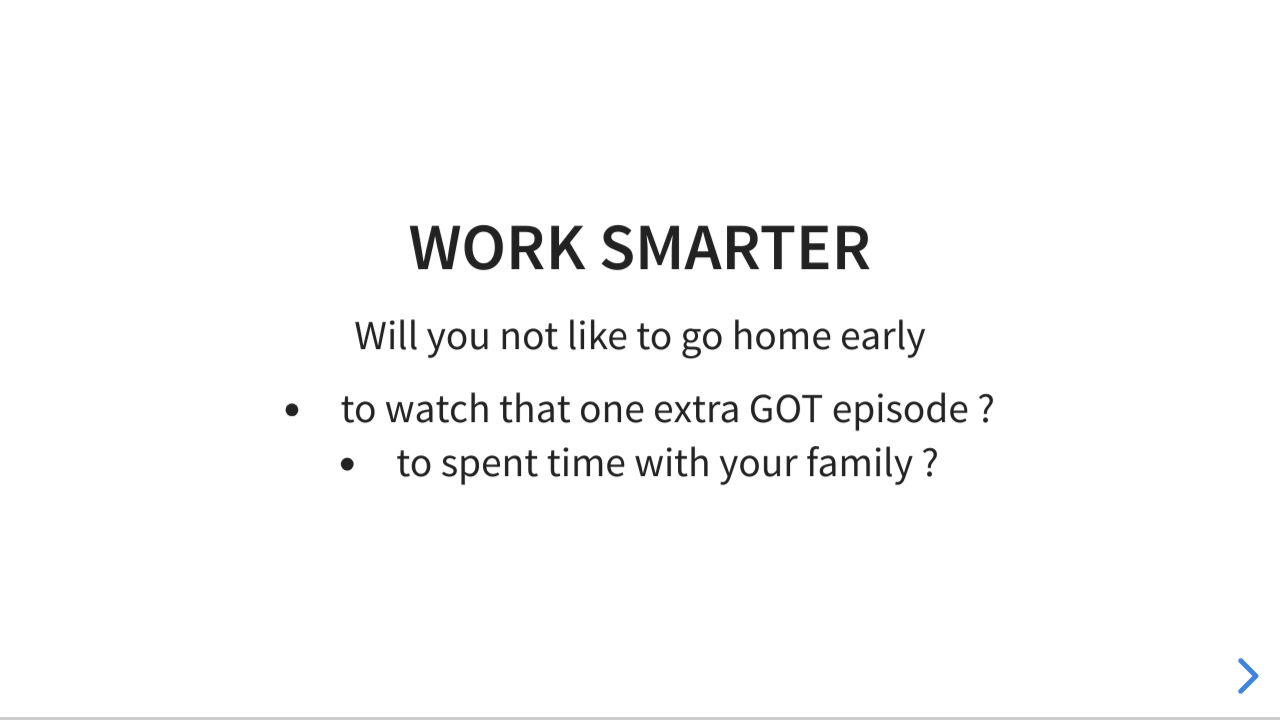
Repository: swapnilshrikhande/worksmarter
Page: index.html
The author's editor kept a copy of each file at every save. The page is drawn from the files as they stood at one save, then again after the next save.
The browser window is 1280 px wide. The pictures show the whole page.

Above is the page before, as saved 2019-10-11 13:13:41.

After the next save:
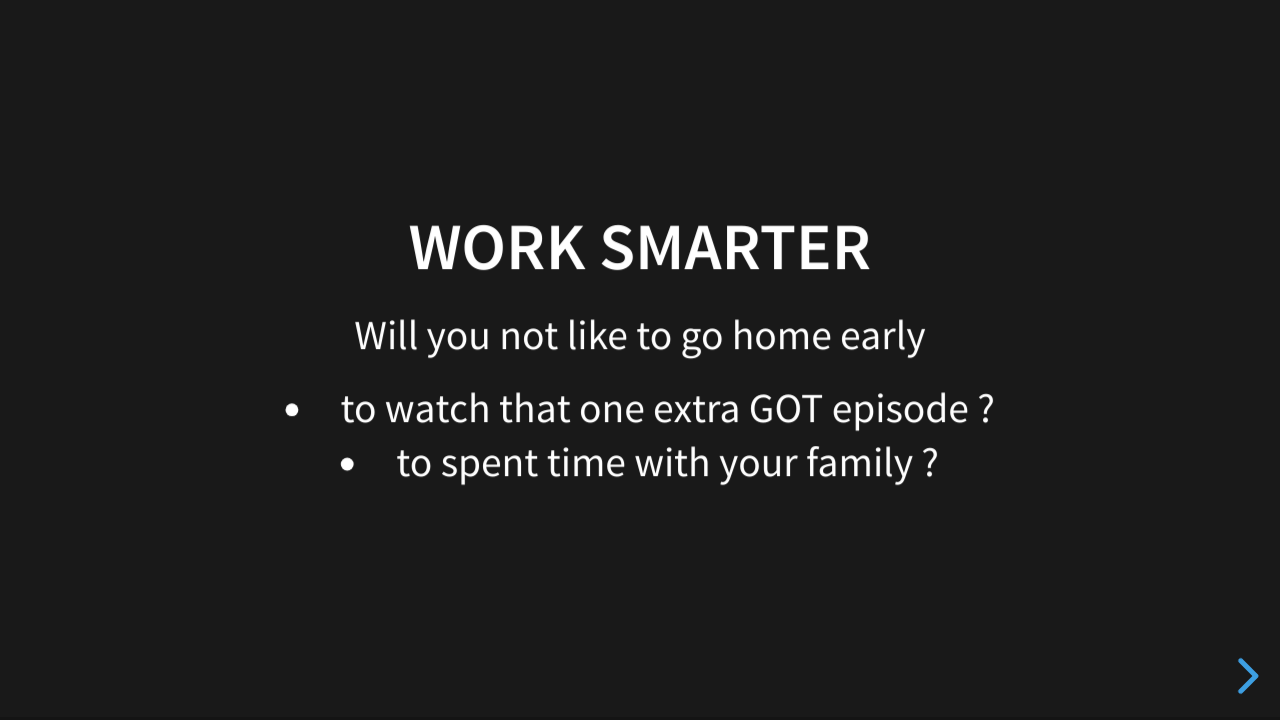
Saved 11 days later.
--- a/index.html
+++ b/index.html
@@ -8,7 +8,8 @@
 
 		<link rel="stylesheet" href="css/reset.css">
 		<link rel="stylesheet" href="css/reveal.css">
-		<link rel="stylesheet" href="css/theme/white.css">
+		<!-- <link rel="stylesheet" href="css/theme/white.css"> -->
+		<link rel="stylesheet" href="css/theme/black.css" id="theme">
 
 		<!-- Theme used for syntax highlighting of code -->
 		<link rel="stylesheet" href="lib/css/monokai.css">
